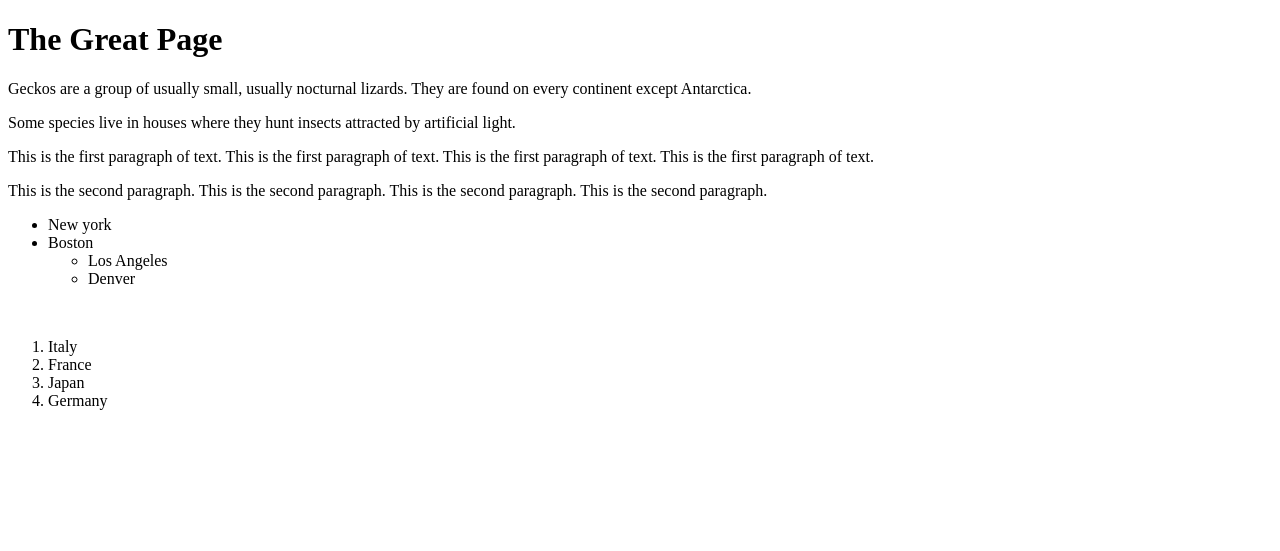
Repository: Bsharpenski/mini-movi-list
Page: html-excercise1/index.html
The author's editor kept a copy of each file at every save. The page is drawn from the files as they stood at one save, then again after the next save.
The browser window is 1280 px wide. The pictures show the whole page.

Above is the page before, as saved 2025-01-28 18:11:20.

### html-excercise1/index.html
<!DOCTYPE html>
<html>
    <head>
        <title>
        </title>
    </head>
    <body>
        <h1>The Great Page</h1>

        <p>
            Geckos are a group of usually small, usually nocturnal lizards. They are found on every continent except Antarctica.
          </p>

          <p>Some species live in houses where they hunt insects attracted by artificial light.</p>
          <p>
            This is the first paragraph of text. This is the first paragraph of text. This
            is the first paragraph of text. This is the first paragraph of text.
          </p>
          <p>
            This is the second paragraph. This is the second paragraph. This is the second
            paragraph. This is the second paragraph.
          </p>
          <ul>
            <li>New york</li>
            <li>
                Boston
                <ul>
                   <li> Los Angeles</li>
                   <li> Denver </li>
                </ul>
            </li>
          </ul>
          <br>
        <ol>
            <li>Italy</li>
            <li>France</li>
            <li>Japan</li>
            <li>Germany</li>
        </ol>


    </body>
</html>

After the next save:
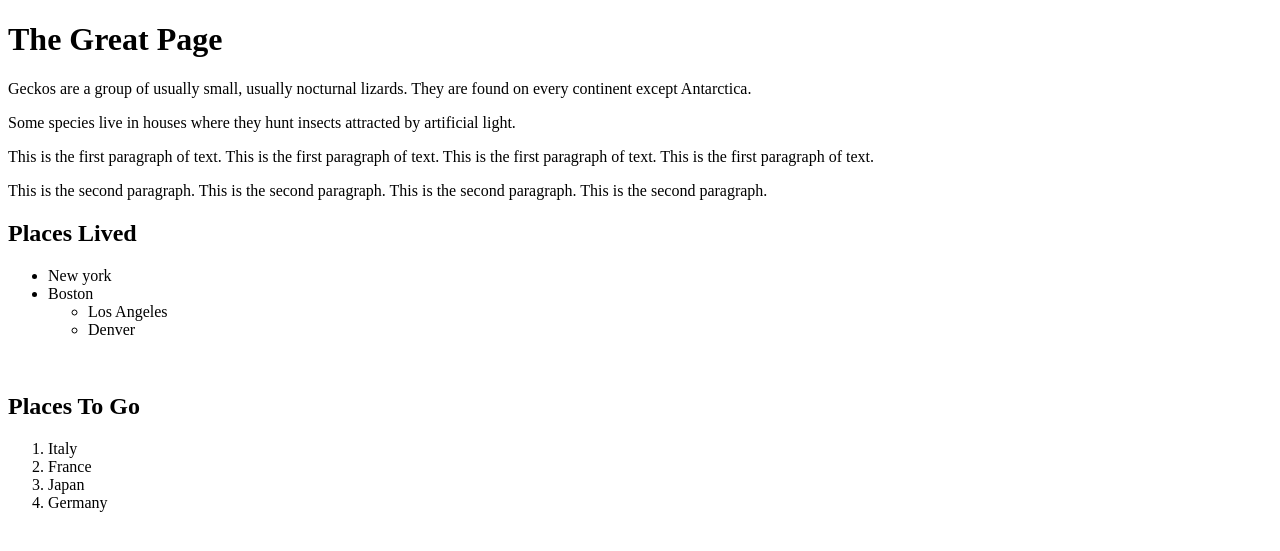
Saved 105 s later.
--- a/html-excercise1/index.html
+++ b/html-excercise1/index.html
@@ -20,6 +20,7 @@
             This is the second paragraph. This is the second paragraph. This is the second
             paragraph. This is the second paragraph.
           </p>
+          <h2>Places Lived</h2>
           <ul>
             <li>New york</li>
             <li>
@@ -31,6 +32,7 @@
             </li>
           </ul>
           <br>
+          <h2>Places To Go</h2>
         <ol>
             <li>Italy</li>
             <li>France</li>
